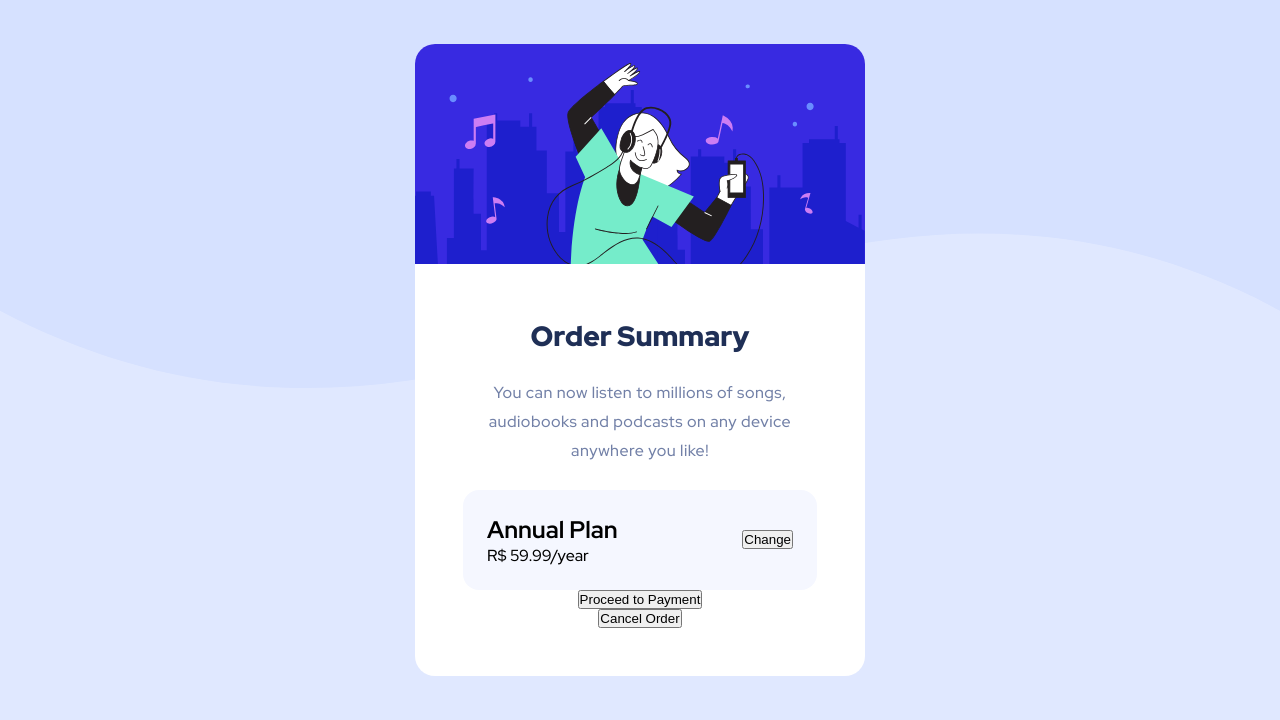
Repository: gccavalheiro/order-summary-card
Page: index.html
The author's editor kept a copy of each file at every save. The page is drawn from the files as they stood at one save, then again after the next save.
The browser window is 1280 px wide. The pictures show the whole page.

Above is the page before, as saved 2021-12-17 02:12:20.

### index.html
<!DOCTYPE html>
<html lang="en">

<head>
  <meta charset="UTF-8" />
  <meta http-equiv="X-UA-Compatible" content="IE=edge" />
  <meta name="viewport" content="width=device-width, initial-scale=1.0" />
  <link rel="preconnect" href="https://fonts.googleapis.com">
  <link rel="preconnect" href="https://fonts.gstatic.com" crossorigin>
  <link href="https://fonts.googleapis.com/css2?family=Red+Hat+Display:wght@500;700;900&display=swap" rel="stylesheet">
  <link rel="icon" type="image/png" sizes="32x32" href="./images/favicon-32x32.png" />
  <title>Frontend Mentor | Order summary card</title>
  <link rel="stylesheet" href="./assets/css/main.css" />
</head>

<body>
  <main>
    <div class="card">
      <div class="card-header">
        <img src="./assets/images/illustration-hero.svg" alt="Illustration Woman">
      </div>
      <div class="card-body">
        <div class="card-info">
          <h1>Order Summary</h1>
          <p>You can now listen to millions of songs,
            audiobooks and podcasts on any device
            anywhere you like! </p>
        </div>
        <div class="card-plan">
          <div class="card-plan-detail">
            <div class="card-plan-icon-detail"></div>
            <div class="card-plan-info-detail">
              <h2>Annual Plan</h2>
              <p>R$ 59.99/year</p>
            </div>
          </div>
          <button class="card-plan-button">Change</button>
        </div>
        <button class="card-button-payment">Proceed to Payment</button>
        <button class="card-button-cancel">Cancel Order</button>
      </div>
    </div>
  </main>
</body>

</html>

### assets/css/main.css
:root {
  --primary-pale-blue: hsl(225, 100%, 94%);
  --secondary-bright-blue: hsl(245, 75%, 52%);
  --very-pale-blue:hsl(225, 100%, 98%);
  --desaturated-blue: hsl(224, 23%, 55%);
  --dark-blue: hsl(223, 47%, 23%);
  --variant-blue: hsl(245, 83%, 68%);
  --white: hsl(0, 0%, 100%);
}

* {
  margin: 0;
  padding: 0;
  outline: 0;
  box-sizing: border-box;
  text-rendering: optimizeLegibility;
  -webkit-font-smoothing: antialiased;
  -moz-osx-font-smoothing: grayscale;
}


body {
  font-family: 'Red Hat Display', sans-serif;
  font-size: 1rem;
  background-color: var(--primary-pale-blue);
  background-image: url('../images/pattern-background-desktop.svg');
  background-repeat: no-repeat;
  background-position: top center;
  background-size: contain;
}

img {
  width: 100%;
}

main {
  display: flex;
  align-items: center;
  justify-content: center;
  width: 100%;
  height: 100vh;
}

.card {
  display: flex;
  flex-direction: column;
  width: 100%;
  max-width: 450px;
  border-radius: 20px;
  background-color: var(--white);
}

.card-header {
  width: 100%;
  border-top-left-radius: 20px;
  border-top-right-radius: 20px;
  overflow: hidden;
}

.card-body {
  display: flex;
  flex-direction: column;
  align-items: center;
  padding: 48px;
}

.card-info {
  display: flex;
  flex-direction: column;
  align-items: center;
  text-align: center;
}

.card-info h1{
  font-size: 1.75rem;
  color: var(--dark-blue);
  font-weight: 900;
}

.card-info p{
  font-size: 1rem;
  color: var(--desaturated-blue);
  font-weight: 500;
  letter-spacing: 0.03em;
  line-height: 1.8;
  margin: 24px 0;
}



.card-plan {
  display: flex;
  align-items: center;
  justify-content: space-between;
  width: 100%;
  background-color: var(--very-pale-blue);
  padding: 24px;
  border-radius: 16px;
}

.card-plan-detail{}
.card-plan-icon-detail{}
.card-plan-info-detail{}
.card-plan-button{}
.card-button-payment{}
.card-button-cancel{}

After the next save:
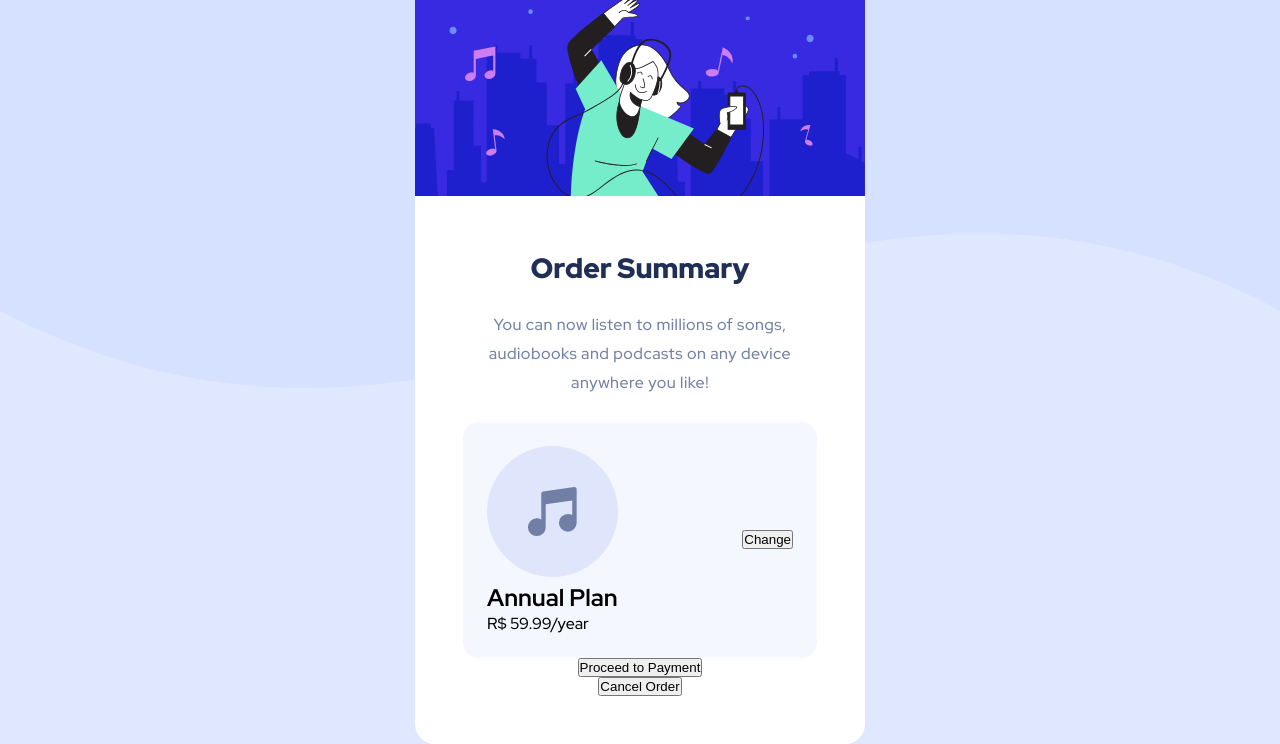
Saved 22 s later.
--- a/index.html
+++ b/index.html
@@ -28,7 +28,9 @@
         </div>
         <div class="card-plan">
           <div class="card-plan-detail">
-            <div class="card-plan-icon-detail"></div>
+            <div class="card-plan-icon-detail">
+              <img src="./assets/images/icon-music.svg" alt="Icon Music" />
+            </div>
             <div class="card-plan-info-detail">
               <h2>Annual Plan</h2>
               <p>R$ 59.99/year</p>

After the save that followed:
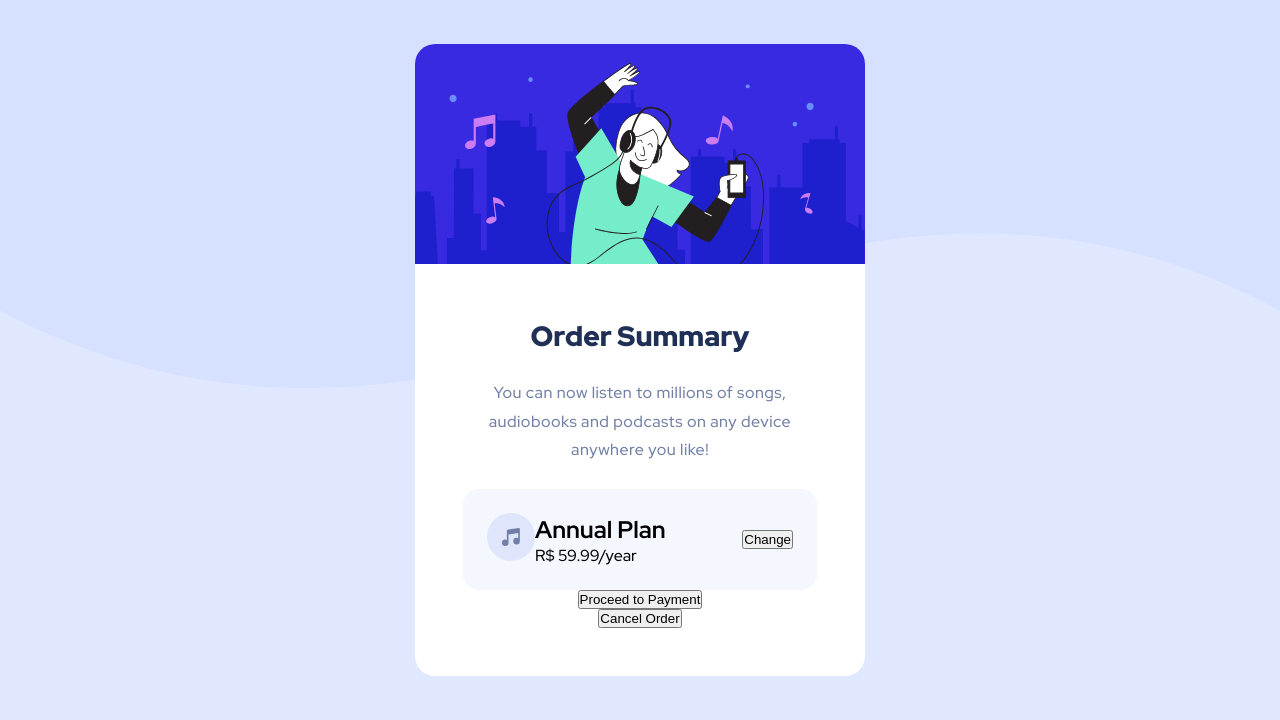
Saved 64 s later.
--- a/assets/css/main.css
+++ b/assets/css/main.css
@@ -98,7 +98,10 @@ main {
   border-radius: 16px;
 }
 
-.card-plan-detail{}
+.card-plan-detail{
+  display: flex;
+  align-items: center;
+}
 .card-plan-icon-detail{}
 .card-plan-info-detail{}
 .card-plan-button{}
